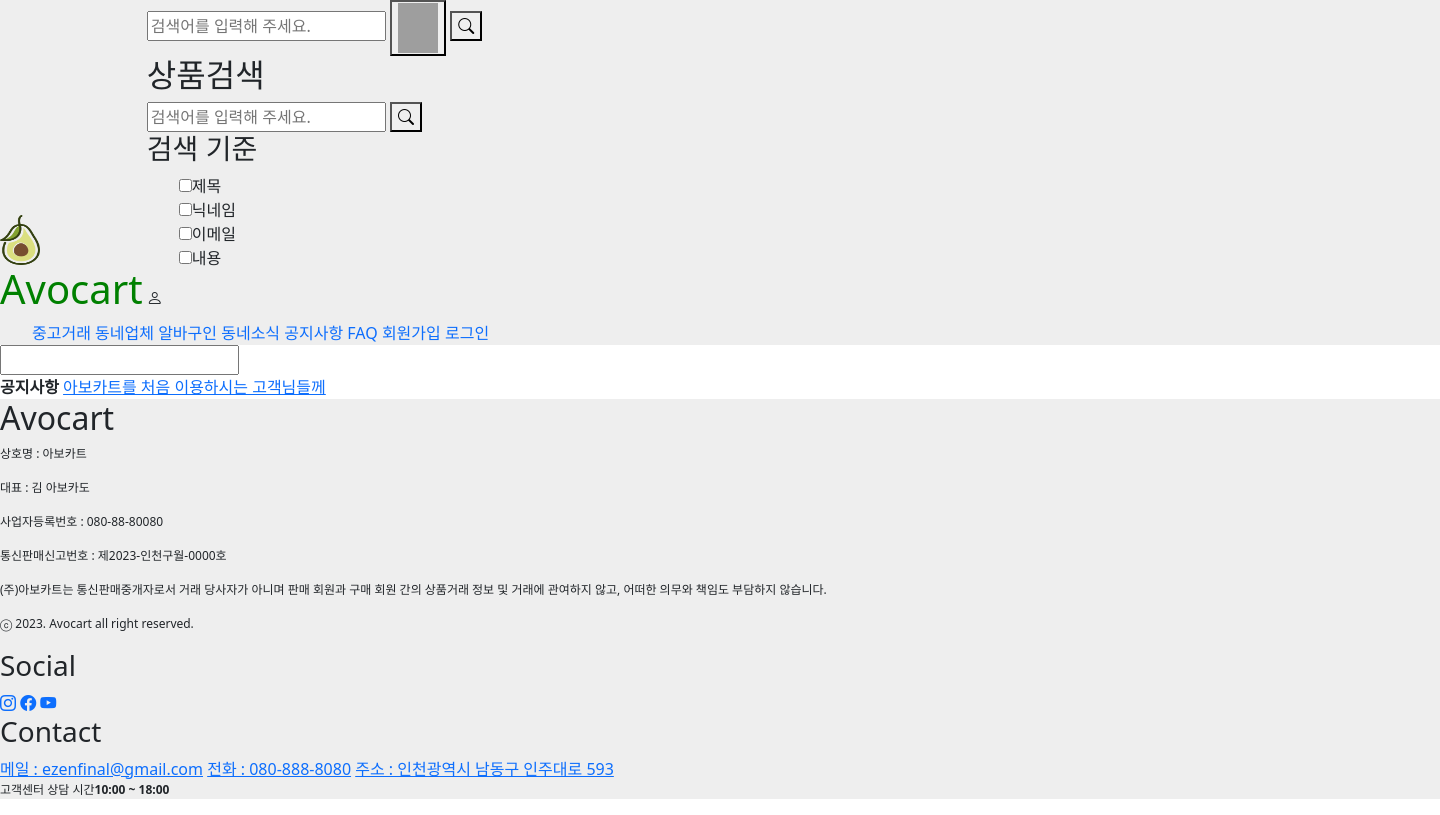
Repository: kimms0311/finalProject
Page: http://localhost/finalProject/WEB-INF/views/joongo/register.jsp
The author's editor kept a copy of each file at every save. The page is drawn from the files as they stood at one save, then again after the next save.
The browser window is 1280 px wide. The page is 1440 px wide, so the pictures cover 1440 px, including what lies to the right of the window. The pictures show the whole page.
Pictures or frames that could not be fetched are drawn as grey boxes. The page is served by Tomcat 9. Nobody is signed in. The template is opened directly, without the code that normally fills it, so the values that code supplies are empty.

Above is the page before, as saved 2023-11-15 11:04:44.

After the next save:
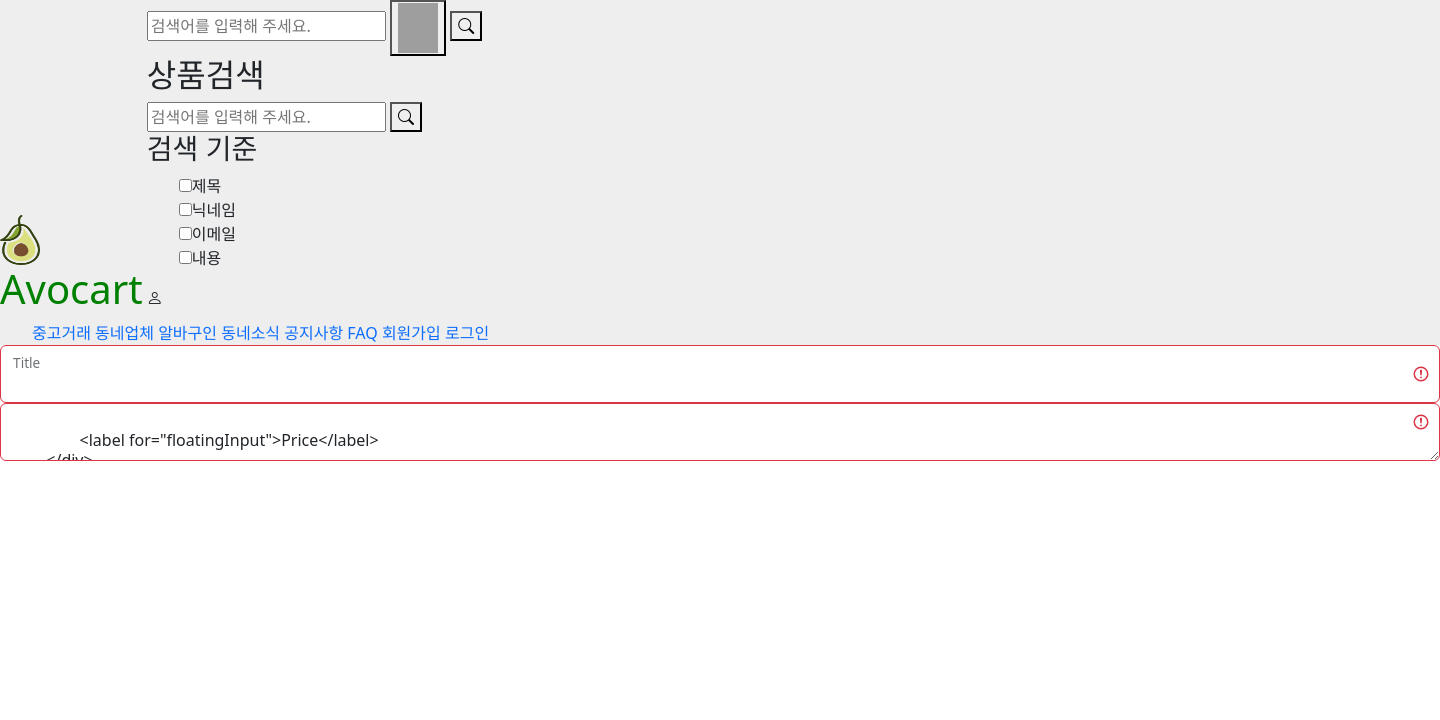
Saved 7 min 18 s later.
--- a/finalProject/src/main/webapp/WEB-INF/views/joongo/register.jsp
+++ b/finalProject/src/main/webapp/WEB-INF/views/joongo/register.jsp
@@ -9,9 +9,15 @@
 <body>
 <jsp:include page="../common/header.jsp" />
 <div class="bodyContainer">
-<form class="form-floating" action="/joongo/register" method="post">
-	<input type="text">
-
+<form action="/joongo/register" method="post">
+	<div class="form-floating">
+		<input type="text" class="form-control is-invalid" id="title" name="proTitle">
+		<label for="title">Title</label>
+	</div>
+	<div class="form-floating">
+		<textarea type="text" class="form-control is-invalid" >
+		<label for="floatingInput">Price</label>
+	</div>
 </form>
 </div>
 <jsp:include page="../common/footer.jsp" />
